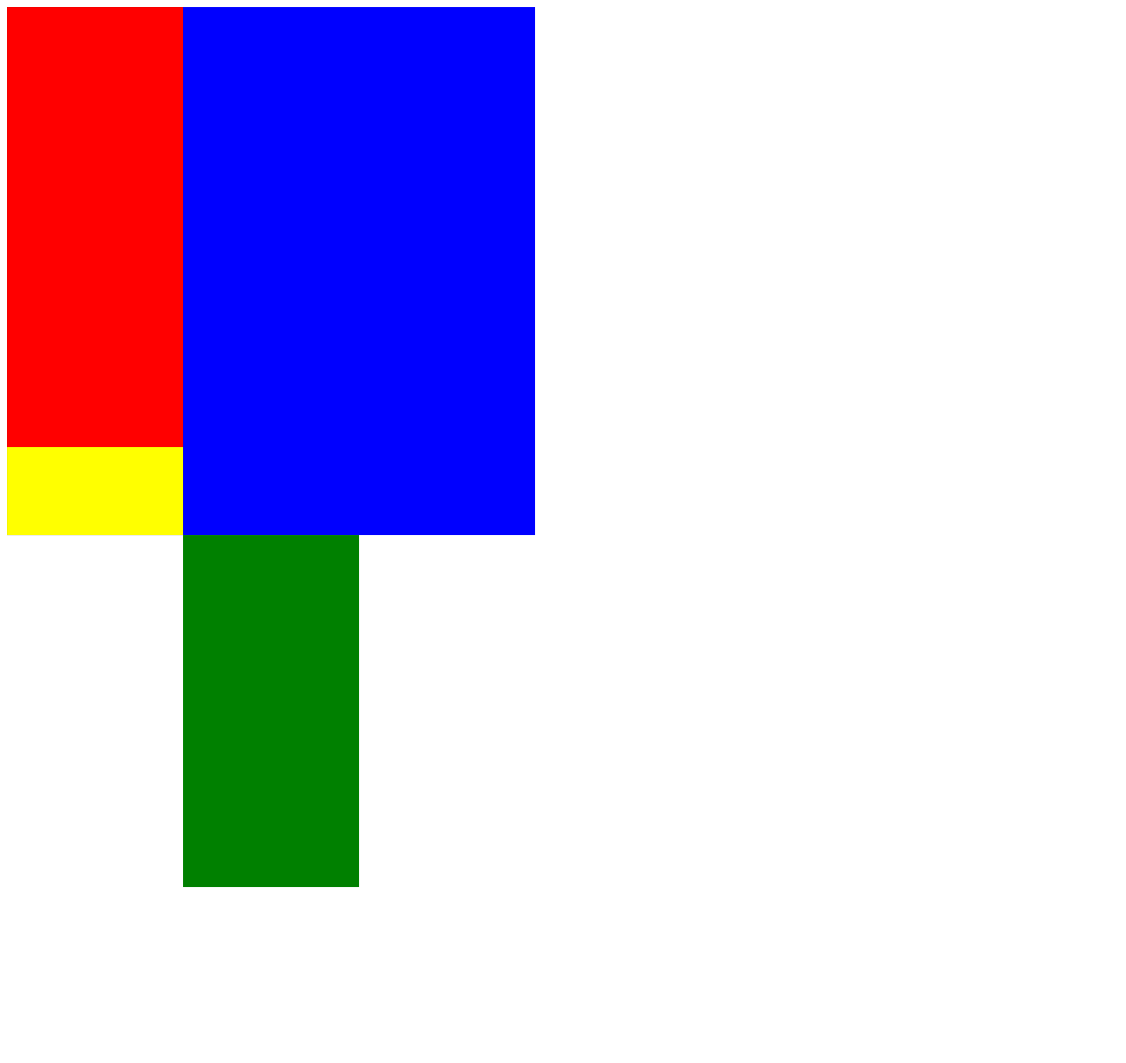
Repository: Seokho96/CSSPractice
Page: css/work01/WebContent/index01.html
These files come from the project's save history. The page is drawn as it stood at one moment and after the next save; the edit follows.
The browser window is 1280 px wide. The pictures show the whole page, at 88% of full size.

Above is the page before, as saved 2020-07-13 05:38:39.

After the next save:
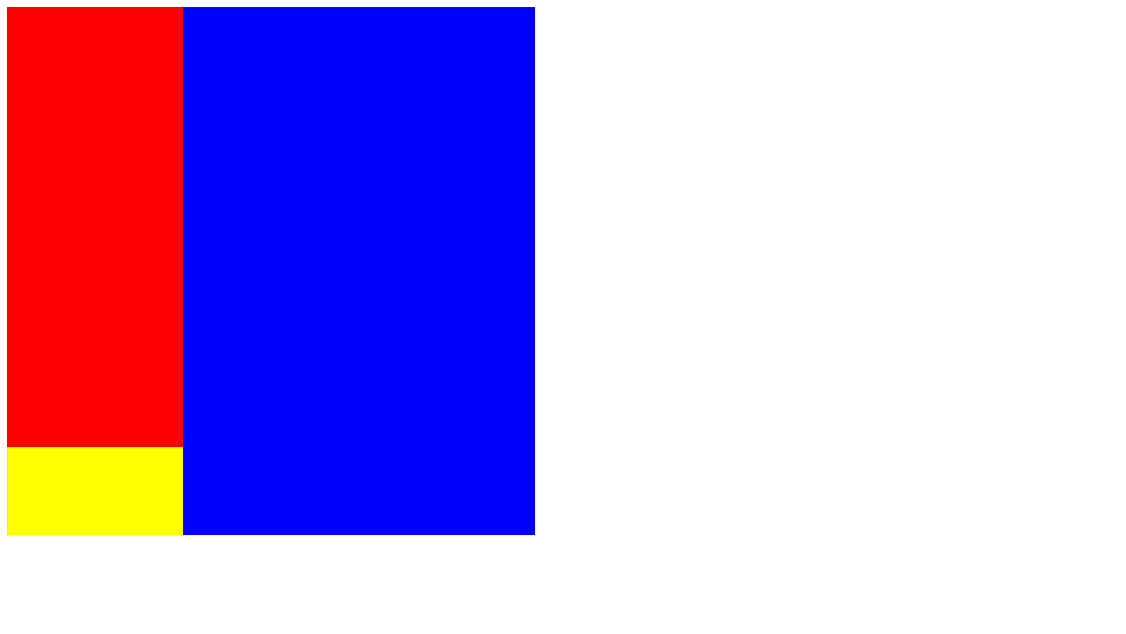
Saved 4 min 18 s later.
--- a/css/work01/WebContent/index01.html
+++ b/css/work01/WebContent/index01.html
@@ -28,16 +28,11 @@
    background-color: yellow;
    float: left;
 }
-#middle{
-   width:200px;
-   height: 600px;
-   margin-left: 200px;
-}
-#middledown{
+
+#halfdown{
   width: 200px;
   height: 400px;
   background-color: green;
-  margin-bottom: 200px;
 }
 
 
@@ -46,6 +41,8 @@
 <body>
 
 <div id="fullscreen">
+
+<div id="halfdown">
 <div id="left">
 <div id="lefttop">
 </div>
@@ -58,12 +55,8 @@
 <div id="rightdown">
 </div>
 </div>
-<div id="middle">
-<div id="middletop">
 </div>
-<div id="middledown">
-</div>
-</div>
+
 </div>
 </body>
 </html>
